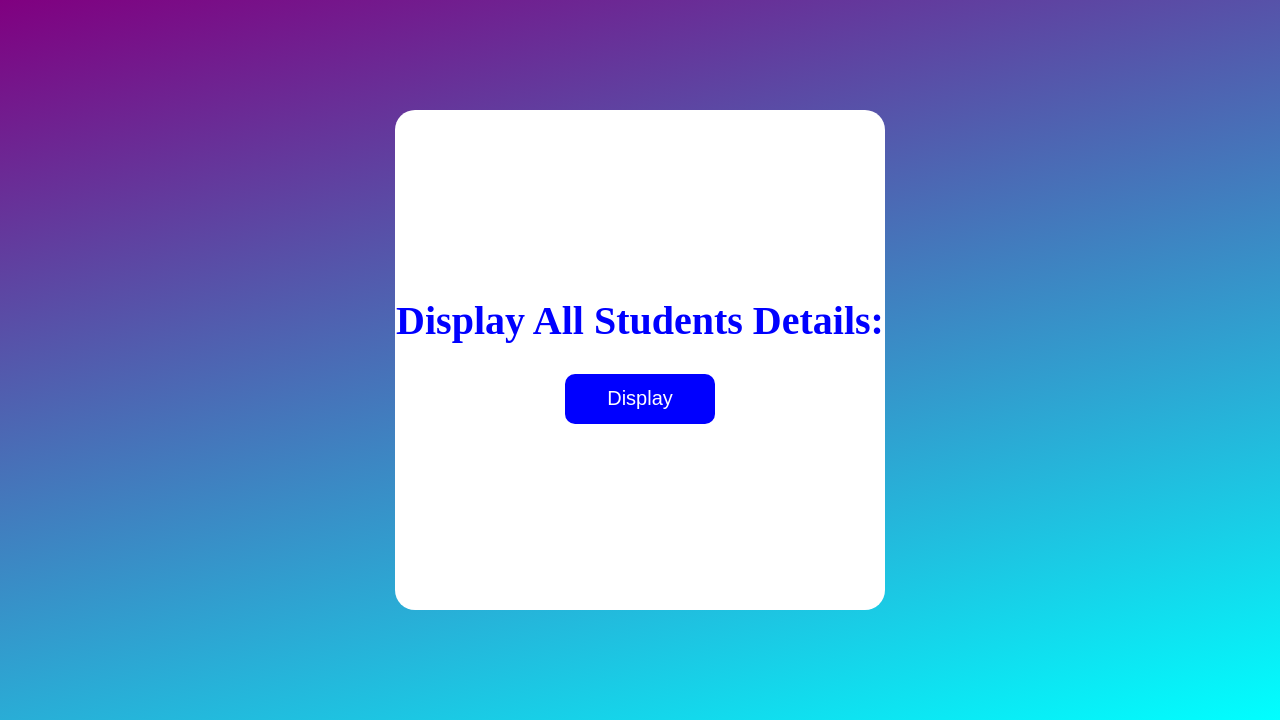
Repository: Dhirajkumar02/Advance-Java--J2EE-
Page: http://localhost/ServletProject_Student-Management-System/DisplayStudent.jsp
These files come from the project's save history. The page is drawn as it stood at one moment and after the next save; the edit follows.
The browser window is 1280 px wide. The pictures show the whole page.
The page is served by Tomcat 9.

Above is the page before, as saved 2024-11-16 18:19:29.

After the next save:
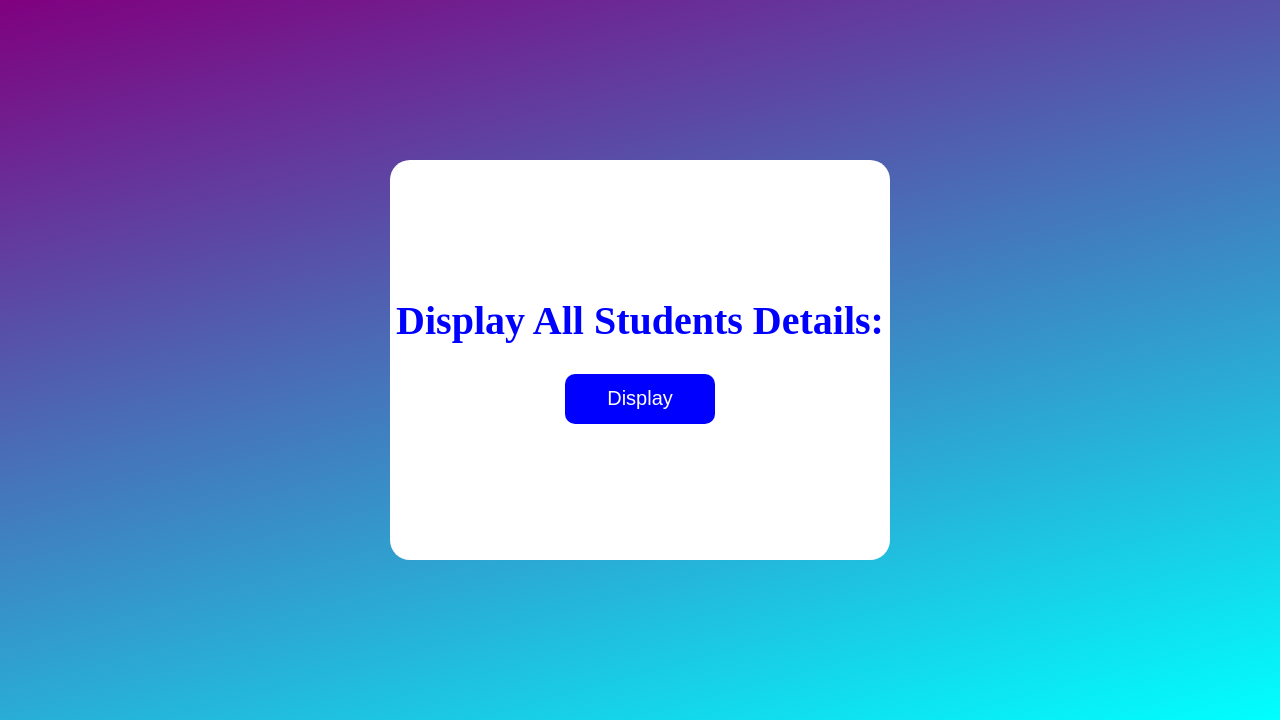
Saved 22 s later.
--- a/ServletProject_Student-Management-System/src/main/webapp/DisplayStudent.jsp
+++ b/ServletProject_Student-Management-System/src/main/webapp/DisplayStudent.jsp
@@ -22,8 +22,8 @@ background: linear-gradient(165deg, purple, aqua);
 form {
 /*   border: 2px solid black; */
   background: #fff;
-  height: 500px;
-  width: 490px;
+  height: 400px;
+  width: 500px;
   display: flex;
   justify-content: center;
   align-items: center;
